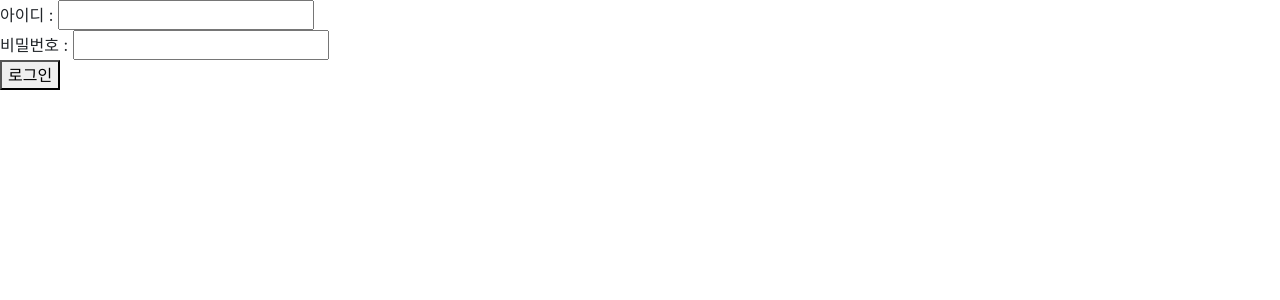
Repository: yuiop241114/MusicCloud
Page: http://localhost/MusicCloud/views/common/menubar.jsp
An editor plug-in stored every save of this project. The page is shown before and after the next save, followed by the edit.
The browser window is 1280 px wide. The pictures show the whole page.
The page is served by Tomcat 9. Nobody is signed in. The application's start-up code is not run.

Above is the page before, as saved 2025-02-22 08:40:41.

After the next save:
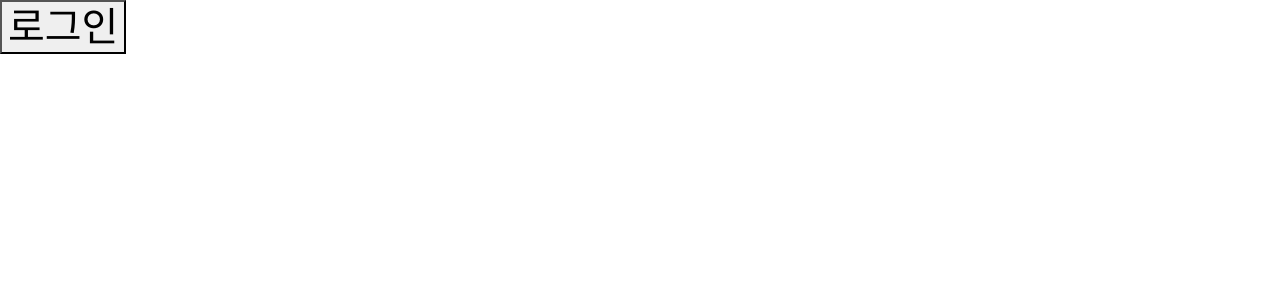
Saved 64 s later.
--- a/MusicCloud/WebContent/views/common/menubar.jsp
+++ b/MusicCloud/WebContent/views/common/menubar.jsp
@@ -25,11 +25,7 @@
 </head>
 <body>
 	<% if(loginMember == null){ %>
-	<form action="<%= contentPath%>/login" method="post">
-	아이디 : <input type="text" name="loginId" required> <br>
-	비밀번호 : <input type="password" name="loginPwd" required> <br>
-	<button type="submit">로그인</button>
-	</form>
+	<h1><button>로그인</button></h1>
 	<%}else { %>
 	<div>
 	<%= loginMember.getMemberName()%> 회원 로그인 중
